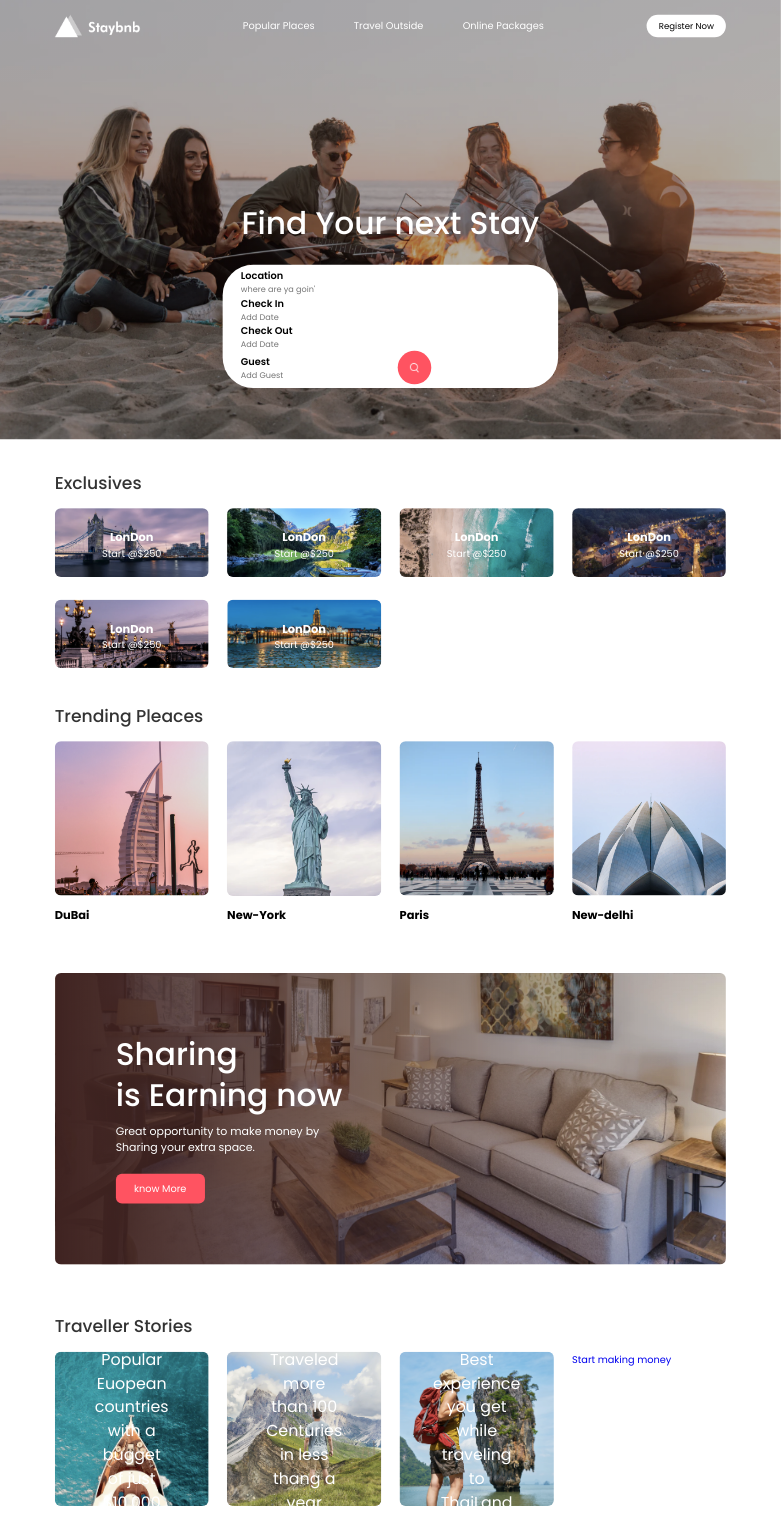
Repository: pinocoding/AirBnB
Page: house.html
The author's editor kept a copy of each file at every save. The page is drawn from the files as they stood at one save, then again after the next save.
The browser window is 1280 px wide. The pictures show the whole page, at 61% of full size.

Above is the page before, as saved 2022-01-23 16:14:35.

### house.html
<!DOCTYPE html>
<html lang="en">
<head>
  <meta charset="UTF-8">
  <meta http-equiv="X-UA-Compatible" content="IE=edge">
  <meta name="viewport" content="width=device-width, initial-scale=1.0">
  <link rel="stylesheet" href="./style.css">
  <title>AirBnB</title>
</head>
<body>
  <!-- header -->
  <div class="header">
   <nav>
     <img src="/images/logo.png" class="logo" alt="blem" >
     <ul class="nav-links">
       <li><a href="#">Popular Places</a></li>
       <li><a href="#">Travel Outside</a></li>
       <li><a href="#">Online Packages</a></li>
     </ul>
     <a href="#"class="regiser-btn">Register Now</a>
   </nav>
   <div class="container">
     <h1>
       Find Your next Stay
     </h1>
     <div class="search-bar">
       <form >
         <div class="location-input">
           <label for="">Location</label>
           <input type="text" placeholder="where are ya goin'">
         </div>
         <div>
          <label for="">Check In </label>
          <input type="text" placeholder="Add Date">
        </div>
        <div>
          <label for="">Check Out</label>
          <input type="text" placeholder="Add Date">
        </div>
        <div>
          <label for="">Guest</label>
          <input type="text" placeholder="Add Guest">
        </div>
        <button type="submit">
          <img src="/images/search.png" alt="blem" >
        </button>
       </form>
     </div>


   </div>
   <!-- IMG gallary  -->


<!-- ---------Container------ -->

  </div>
  <div class="container">
    <h2 class="sub-title">Exclusives</h2>
    <div class="exclusives">
   <div>
     <img src="/images/image-1.png" alt="">
     <span>
       <h3>
         LonDon
       </h3>
       <p>
         Start @$250
       </p>
     </span>
   </div>
   <div>
    <img src="/images/image-2.png" alt="">
    <span>
      <h3>
        LonDon
      </h3>
      <p>
        Start @$250
      </p>
    </span>
  </div>
  <div>
    <img src="/images/image-3.png" alt="">
    <span>
      <h3>
        LonDon
      </h3>
      <p>
        Start @$250
      </p>
    </span>
  </div>
  <div>
    <img src="/images/image-4.png" alt="">
    <span>
      <h3>
        LonDon
      </h3>
      <p>
        Start @$250
      </p>
    </span>
  </div>
  <div>
    <img src="/images/image-5.png" alt="">
    <span>
      <h3>
        LonDon
      </h3>
      <p>
        Start @$250
      </p>
    </span>
  </div>
  <div>
    <img src="/images/image-6.png" alt="">
    <span>
      <h3>
        LonDon
      </h3>
      <p>
        Start @$250
      </p>
    </span>
  </div>
    </div>
    <h2 class="sub-title">
      Trending Pleaces
    </h2>
    <div class="trending">
      <div>
        <img src="/images/dubai.png" alt="blem" >
        <h3>DuBai</h3>
      </div>
      <div>
        <img src="/images/new-york.png" alt="blem" >
        <h3>New-York</h3>
      </div>
      <div>
        <img src="/images/paris.png" alt="blem" >
        <h3>Paris</h3>
      </div>
      <div>
        <img src="/images/new-delhi.png" alt="blem" >
        <h3>New-delhi</h3>
      </div>
    </div>
    <div class="cta">
      <h3>Sharing <br> is Earning now</h3>
      <p>Great opportunity to make money by <br> Sharing your extra space.</p>
      <a href="#" class="cta-btn">know More </a>
    </div>
<h2 class="sub-title">
  Traveller Stories
</h2>
<div class="stories">
  <div>
    <img src="/images/story-1.png" alt="#" >
    <p>Popular Euopean countries with a bugget of just $10.000 </p>
  </div>
  <div>
    <img src="/images/story-2.png" alt="#" >
    <p>Traveled more than 100 Centuries in less thang a year  </p>
  </div>
  <div>
    <img src="/images/story-3.png" alt="#" >
    <p>Best experience you get while traveling to ThaiLand</p>
  </div>
 <a href="#" class="start-btn">Start making money</a>

</div>
<!--  -->

</div>
</body>
<script src="./function.js"></script>
</html>

### style.css
@import url('https://fonts.googleapis.com/css2?family=Poppins:wght@300;400;500;600;700&display=swap');
:root {
  --text-colorWhite : #fff;
  --text-colorBlack : #000;
  --background  : #fff;
}
* {
  margin: 0;
  padding: 0;
  box-sizing: border-box;
  font-family: 'Poppins', sans-serif;
}
.header {
  min-height: 100vh;
  width: 100%;
  background-image:linear-gradient(rgba(0,0,0,0.3),rgba(0,0,0,0.3)),url(/images/banner.png);
  background-size: cover;
  background-position: center;
}
nav {
  display: flex;
  align-items: center;
  justify-content: space-between;
  padding: 20px  7%;
}
.logo {
  width: 140px;
  cursor: pointer;
}
.nav-links li {
  list-style: none;
  display: inline-block;
  margin : 10px 30px
}
.nav-links li a {
  text-decoration: none;
  color: var(--text-colorWhite);
}
 .regiser-btn {
   background:var(--background) ;
   color: #000;
   padding:8px 20px;
   border-radius: 20px;
   font-size: 14px;
   text-decoration: none;
  outline: none;

}
.container {
  padding :0 7%;
}
.container h1  {
font-size: 4vw;
font-weight: 500;
color: var(--text-colorWhite);
text-align: center;
padding-top: 22%

}
.search-bar {
  background: var(--background);
  width: 50%;
  margin: 30px auto;
  padding: 6px 10px 6px 30px;
  border-radius: 50px;

}
.search-bar form {
  display:  flex;
  align-items: center;
  flex-wrap: wrap;
}
.search-bar form input {
  display: block;
  border: 0;
  outline: none;
  background: transparent;
}
.search-bar form button {
  background: #ff5361;
  width: 55px;
  height: 55px;
  border-radius: 50%;
  outline: none;
  border: 0;
  cursor: pointer;
}
.search-bar form button img {
  width: 15px;
  margin-top: 7px;
}
.location-input {
  flex: 1;
}
.search-bar form label {
  font-weight: 600;
}
/* ---------Exclusives--------- */
.sub-title {
  margin:  50px 0 20px;
  font-size: 2.2vw;
  font-weight: 500;
  color: #333;
}
.exclusives {

  display: grid ;
  grid-template-columns: repeat(auto-fit,minmax(200px,1fr));
  grid-gap: 30px


}
.exclusives div img {
  width:100% ;
  border-radius: 10px;
}
.exclusives div {
  position: relative;
}
.exclusives div span {
  position:absolute;
  top : 50%;
  left: 50%;
  transform: translate(-50%,-50%);
  color: var(--text-colorWhite);
  text-align: center;
  cursor: pointer;
}
/* ------------Trending Please---------------------- */
.trending {

  display: grid ;
  grid-template-columns: repeat(auto-fit,minmax(200px,1fr));
  grid-gap: 30px;
  margin-bottom :30px;


}
.trending div img {
  width:100% ;
  border-radius: 10px;
}
.trending h3 {
  font-size: 600;
  margin-top :10px
}
/* -----Call to action --- */
.cta {
  margin : 80px 0  ;
  background-image: linear-gradient(to right, #3f2321,transparent),url(/images/banner-2.png);
  background-size: cover ;
  background-position: center;
  border-radius: 10px;
  padding: 100px;
  color: var(--text-colorWhite);


}
.cta  h3 {
  font-size: 4vw ;
  line-height: 5.3vw ;
  font-weight: 500;

}
.cta p {
  font-size: 18px;
  margin: 10px 0;
}
.cta .cta-btn {
  background: #ff5361;
  color: #fff;
  text-decoration: none;
  padding: 12px  30px ;
  border-radius: 10px;
  margin-top:20px ;
  display: inline-block;

}
/* ------------Traveller Stories--------- */
.stories {
  display: grid ;
  grid-template-columns: repeat(auto-fit,minmax(200px,1fr));
  grid-gap: 30px;
  margin-bottom :30px;

}
.stories div img {
  width: 100%;
  border-radius: 10px;
}
.stories div {
  position: relative;
  text-align: center;

}
.stories p {
  width: 80%px;
  position: absolute;
  top: 50%;
  left: 50%;
  transform: translate(-50%,-50%);
  color: var(--text-colorWhite);
  font-size: 26px;
}
.start-btn {
  text-decoration: none;
}

Loaded but not shown: function.js (no copy from this time; the picture is the same without it)

After the next save:
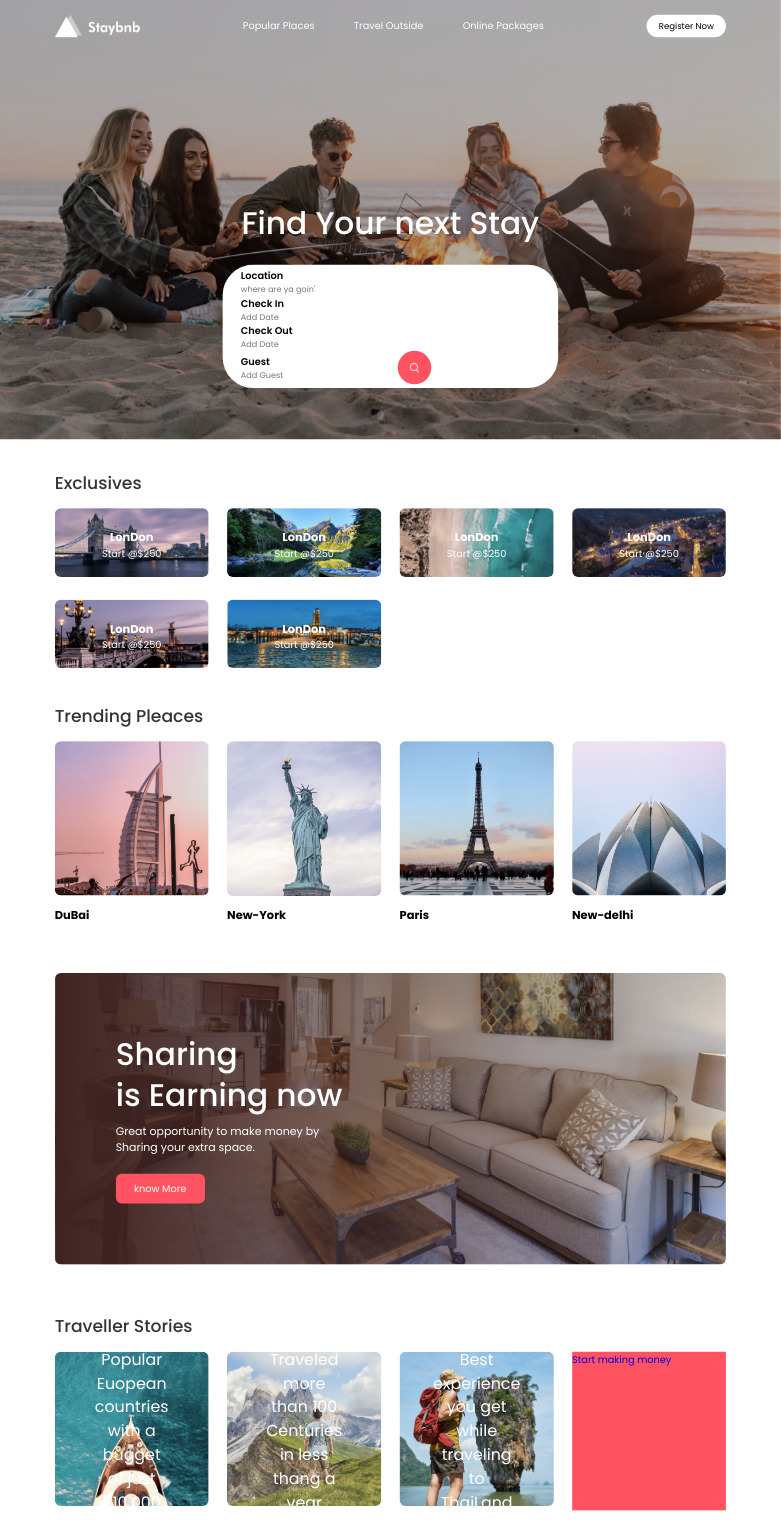
Saved 9 s later.
--- a/style.css
+++ b/style.css
@@ -204,4 +204,5 @@ padding-top: 22%
 }
 .start-btn {
   text-decoration: none;
-}
+  background-color: #ff5361;
+}
